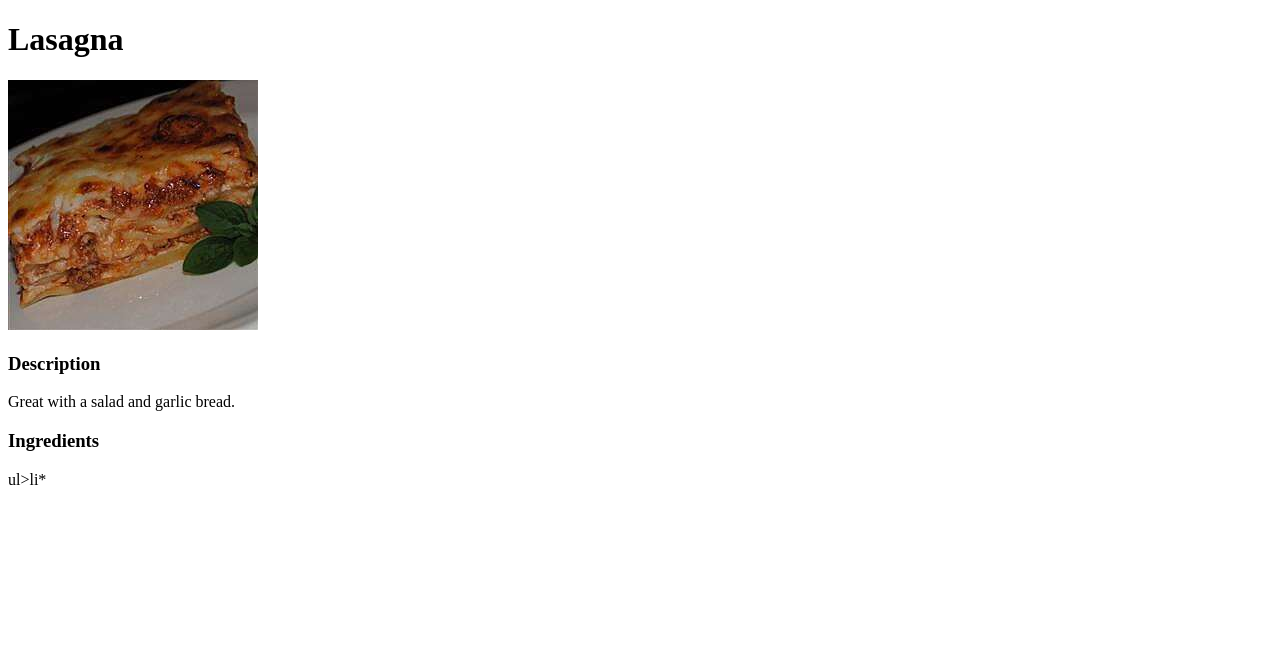
Repository: evemcd/odin_project
Page: odin-project1-recipes/recipes/lasagna.html
The author's editor kept a copy of each file at every save. The page is drawn from the files as they stood at one save, then again after the next save.
The browser window is 1280 px wide. The pictures show the whole page.

Above is the page before, as saved 2022-01-30 11:56:38.

### odin-project1-recipes/recipes/lasagna.html
<!DOCTYPE html>
<html lang="en">
<head>
    <meta charset="UTF-8">
    <title>Lasagna</title>
</head>
<body>
    <h1>Lasagna</h1>
    <img src="../images/lasagna.jfif" alt="Lasagna">
    <h3>Description</h3>
    <p>Great with a salad and garlic bread.</p>
    <h3>Ingredients</h3>
    ul>li*
</body>
</html>

After the next save:
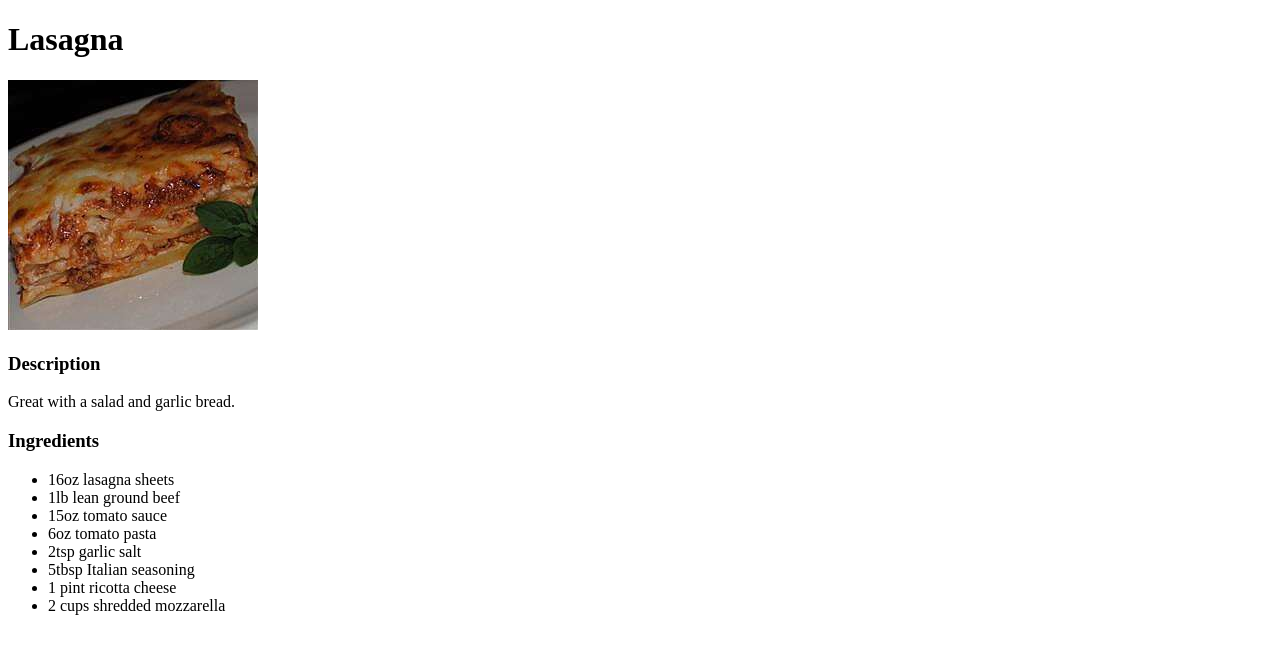
Saved 2 min 1 s later.
--- a/odin-project1-recipes/recipes/lasagna.html
+++ b/odin-project1-recipes/recipes/lasagna.html
@@ -10,6 +10,15 @@
     <h3>Description</h3>
     <p>Great with a salad and garlic bread.</p>
     <h3>Ingredients</h3>
-    ul>li*
+    <ul>
+        <li>16oz lasagna sheets</li>
+        <li>1lb lean ground beef</li>
+        <li>15oz tomato sauce</li>
+        <li>6oz tomato pasta</li>
+        <li>2tsp garlic salt</li>
+        <li>5tbsp Italian seasoning</li>
+        <li>1 pint ricotta cheese</li>
+        <li>2 cups shredded mozzarella</li>
+    </ul>
 </body>
 </html>
